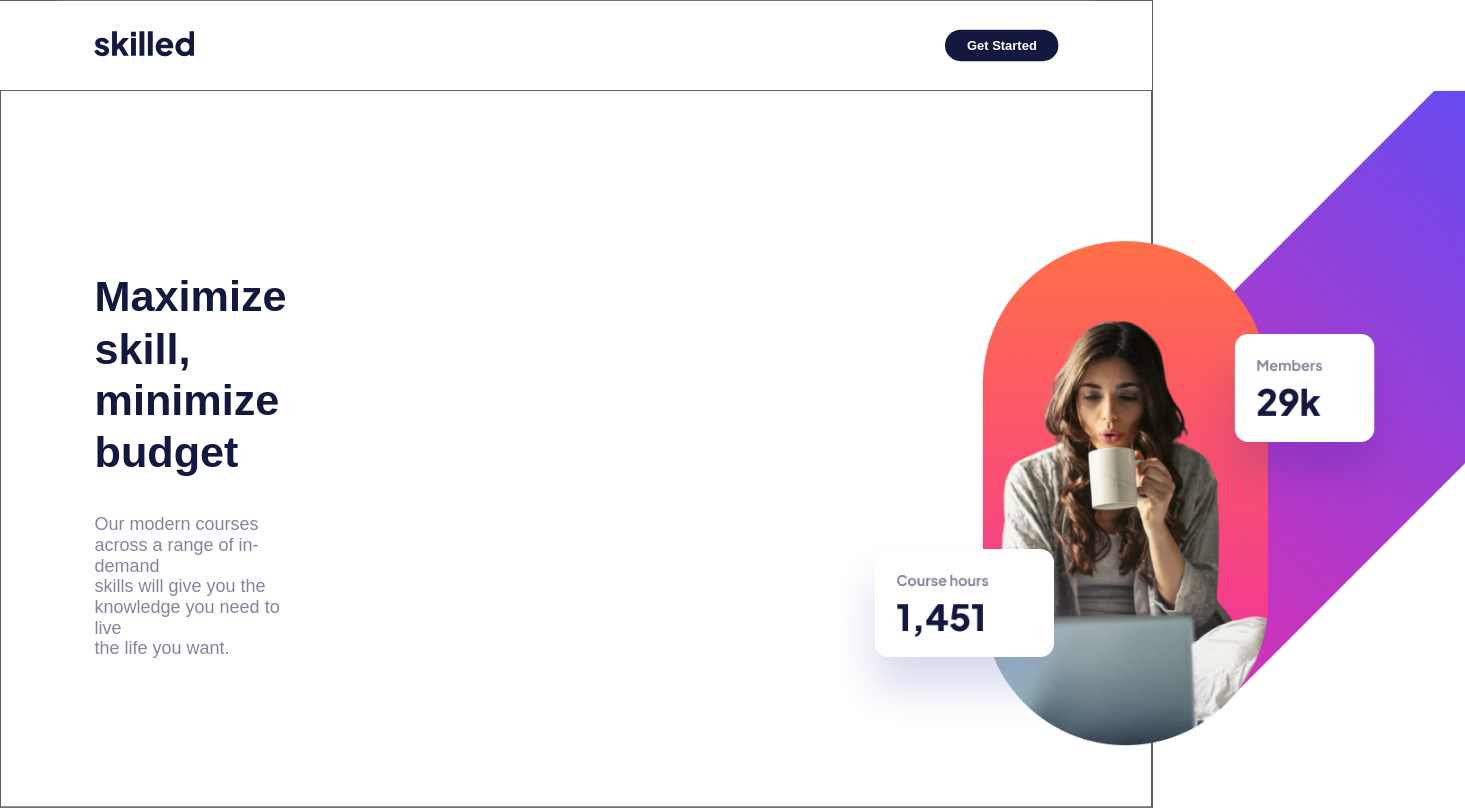
Repository: exe-walt/E-Learning-Landing-Page
Page: index.html
The author's editor kept a copy of each file at every save. The page is drawn from the files as they stood at one save, then again after the next save.
The browser window is 1280 px wide. The page is 1628 px wide, so the pictures cover 1628 px, including what lies to the right of the window. The pictures show the whole page, at 90% of full size.
Some web fonts or font styles are not loaded; a fallback is used.

Above is the page before, as saved 2025-05-27 20:54:52.

After the next save:
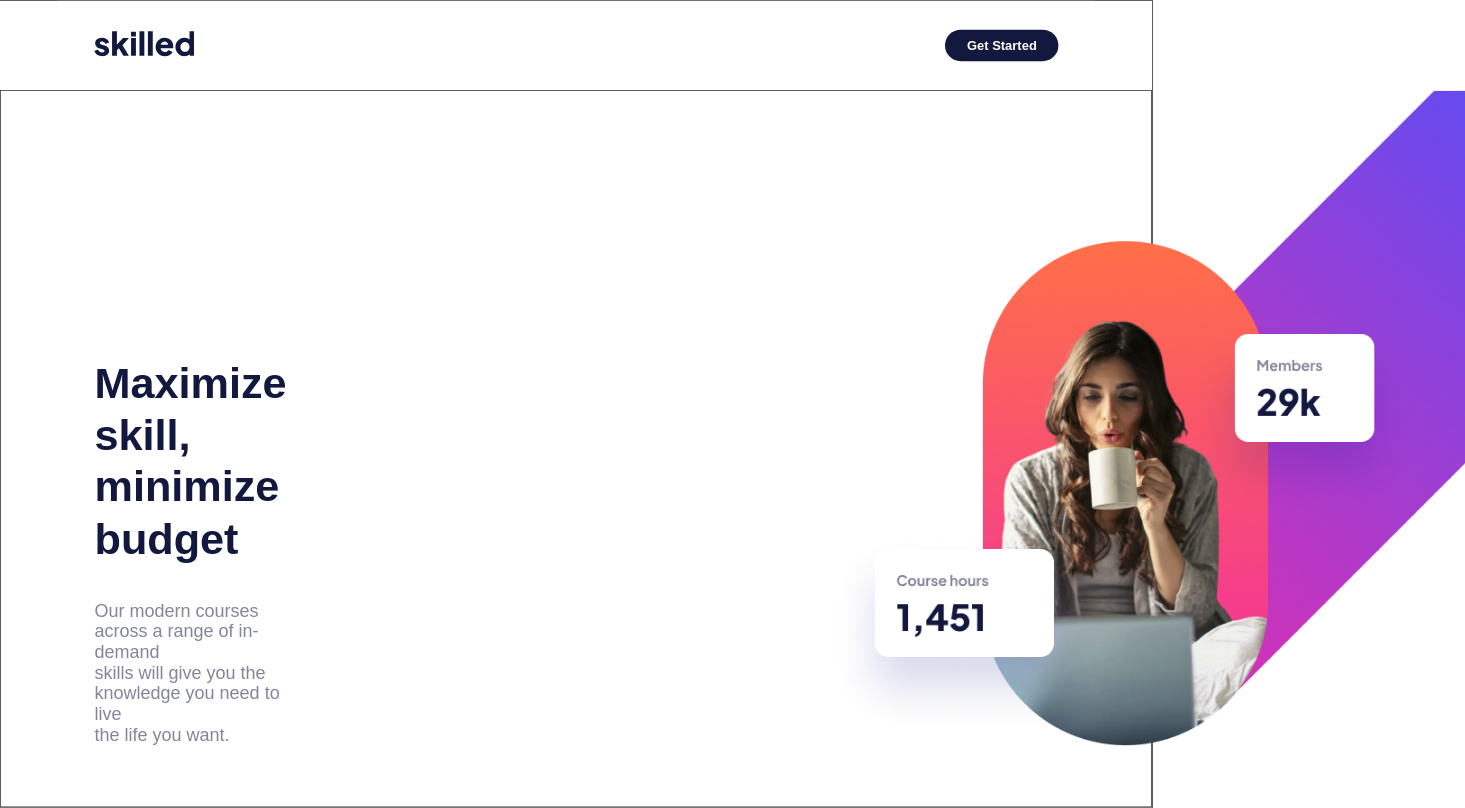
Saved 9 s later.
--- a/css/style.css
+++ b/css/style.css
@@ -66,7 +66,7 @@ body {
 .hero-text{
   margin-left: 4em;
   padding: 2rem 2.5rem;
-  margin-top: 8em;
+  margin-top: 14em;
 
 }
 
